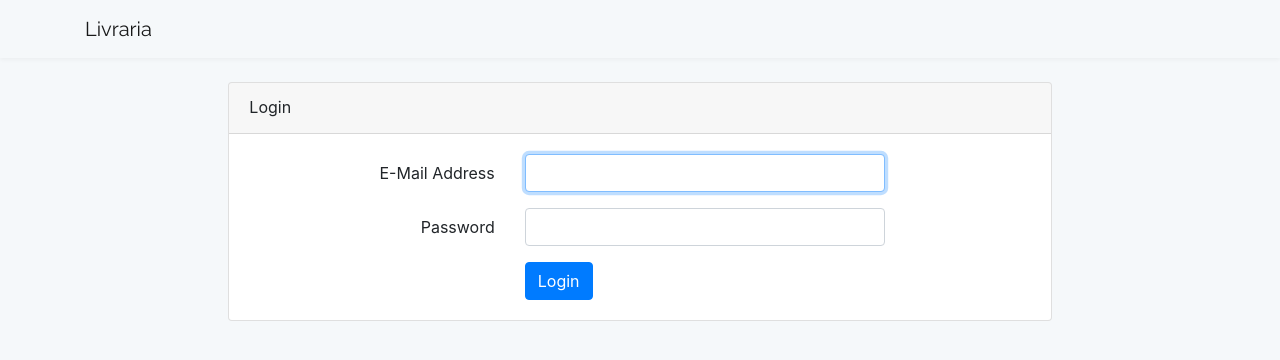
Repository: lxcxcxlxmb/moduleProject
Page: front/login.html
The author's editor kept a copy of each file at every save. The page is drawn from the files as they stood at one save, then again after the next save.
The browser window is 1280 px wide. The pictures show the whole page.

Above is the page before, as saved 2022-09-06 14:07:21.

After the next save:
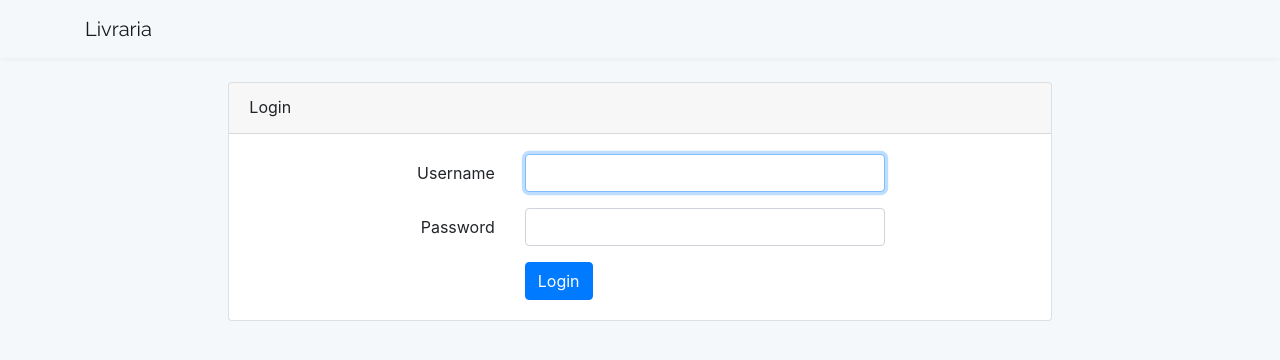
Saved 71 s later.
--- a/front/login.html
+++ b/front/login.html
@@ -88,8 +88,8 @@
                         <div class="card-body">
                             <form action="" method="">
                                 <div class="form-group row">
-                                    <label for="email_address" class="col-md-4 col-form-label text-md-right">E-Mail
-                                        Address</label>
+                                    <label for="email_address"
+                                        class="col-md-4 col-form-label text-md-right">Username</label>
                                     <div class="col-md-6">
                                         <input type="text" id="email_address" class="form-control" name="email-address"
                                             required autofocus>
